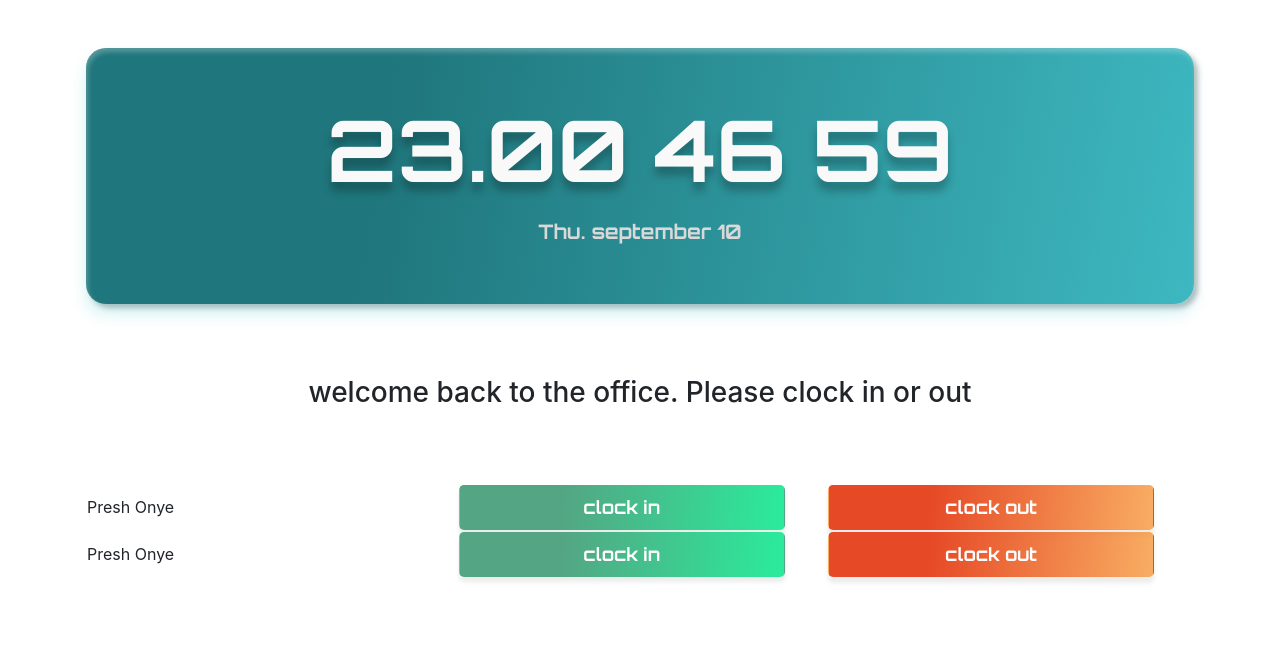
Repository: giprim/clocker
Page: /
An editor plug-in stored every save of this project. The page is shown before and after the next save, followed by the edit.
The browser window is 1280 px wide. The pictures show the whole page.
The project was rebuilt for these pictures with package versions that can differ from the ones it lists, and the page was loaded fresh each time.

Above is the page before, as saved 2020-09-10 23:55:23.

### src/App.tsx
import React from 'react';
import './App.css';

function App() {
  const currentTime = () => {
    let date = new Date();

    return `${date
      .getHours()
      .toFixed(2)} ${date.getMinutes()} ${date.getSeconds()}`;
  };

  console.log(currentTime());

  return (
    <div className='container py-4'>
      {/* clock section */}
      <div className='clock-box effect p-2 py-md-5 mt-4'>
        <div className='row'>
          <div className='col-12'>
            <h4 className='display-3 text-center'>
              {currentTime().toString()}
            </h4>
          </div>
          <div className='col-12 text-center mt-2 mb-1'>
            <h6>Thu. september 10</h6>
          </div>
        </div>
      </div>

      {/* welcome  */}
      <p className='text-center my-5 py-4 h3'>
        welcome back to the office. Please clock in or out
      </p>

      <table>
        <thead>
          <tr>
            <th></th>
            <th></th>
            <th></th>
          </tr>
        </thead>
        <tbody>
          <tr>
            <td>Presh Onye</td>
            <td className='row justify-content-evenly'>
              <button className='btn clockin col-5'> clock in</button>
              <button className='btn clockout col-5'> clock out</button>
            </td>
          </tr>
          <tr>
            <td>Presh Onye</td>
            <td className='row justify-content-evenly'>
              <button className='btn clockin col-5'> clock in</button>
              <button className='btn clockout col-5'> clock out</button>
            </td>
          </tr>
        </tbody>
      </table>
    </div>
  );
}

export default App;

### src/App.css
@import url('https://fonts.googleapis.com/css2?family=Orbitron:wght@400;500;600;700;800;900&family=Work+Sans:ital,wght@0,100;0,200;0,400;0,600;0,700;1,500&display=swap');

.clock-box {
  background: linear-gradient(99.35deg, #1f767c 26.99%, #42c1ca 110.13%);
  box-shadow: 0px 10px 15px rgba(66, 193, 202, 0.23),
    4px 4px 5px rgba(0, 0, 0, 0.25), inset 2px 4px 5px rgba(255, 255, 255, 0.25);
  border-radius: 20px;
  position: relative;
  z-index: 10;
}

.clock-box h4 {
  font-family: Orbitron;
  font-style: normal;
  font-weight: bold;
  font-size: 85px;
  line-height: 107px;
  /* identical to box height */

  color: #f9f9f9;

  text-shadow: 0px 9px 9px rgba(0, 0, 0, 0.25);
}

.clock-box h6 {
  font-family: Orbitron;
  font-style: normal;
  font-weight: bold;
  font-size: 20px;
  line-height: 25px;
  /* identical to box height */

  color: #d9d9d9;
}

.clockout,
.clockin {
  font-family: Orbitron;
  font-style: normal;
  font-weight: bold;
  font-size: 18px;
  line-height: 23px;
  /* identical to box height */
  padding-top: 10px;
  padding-bottom: 10px;
  color: #ffffff;
  transition: ease-in 0.13s;
}

/* table.table {
  border: none;
} */

.clockin:hover,
.clockout:hover {
  color: white;
  transform: translateY(-5px);
}

.clockin {
  background: linear-gradient(97.12deg, #54a583 31.21%, #21fca1 115.81%);
  box-shadow: 0px 5px 4px rgba(128, 128, 128, 0.15);
  border-radius: 5px;
}

.clockout {
  background: linear-gradient(
    97.12deg,
    #e64926 31.21%,
    rgba(252, 176, 63, 0.74) 115.81%
  );
  box-shadow: 0px 6px 4px rgba(128, 128, 128, 0.15);
  border-radius: 5px;
}

table {
  width: 100%;
}

table tr {
  padding-top: 25px;
}

Loaded but not shown: public/index.html (common file); src/index.tsx (common file); src/index.css (common file); src/serviceWorker.ts (common file)

After the next save:
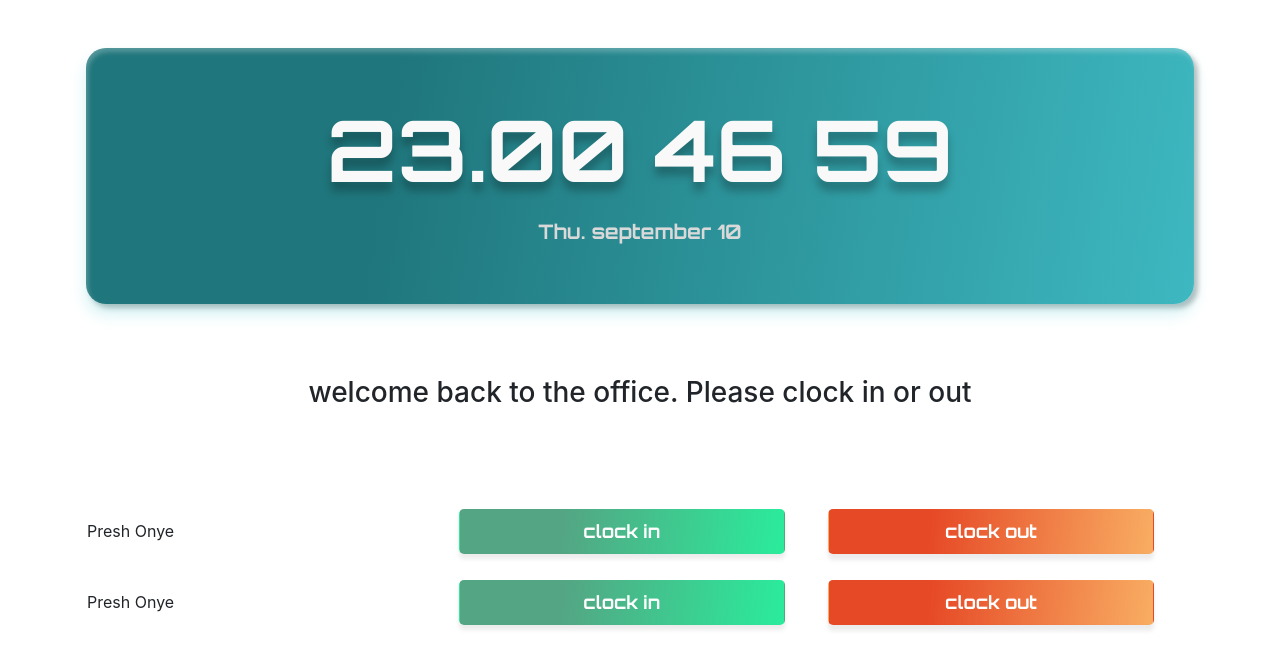
Saved 2 min 50 s later.
--- a/src/App.css
+++ b/src/App.css
@@ -77,6 +77,6 @@ table {
   width: 100%;
 }
 
-table tr {
+table tr td {
   padding-top: 25px;
 }
